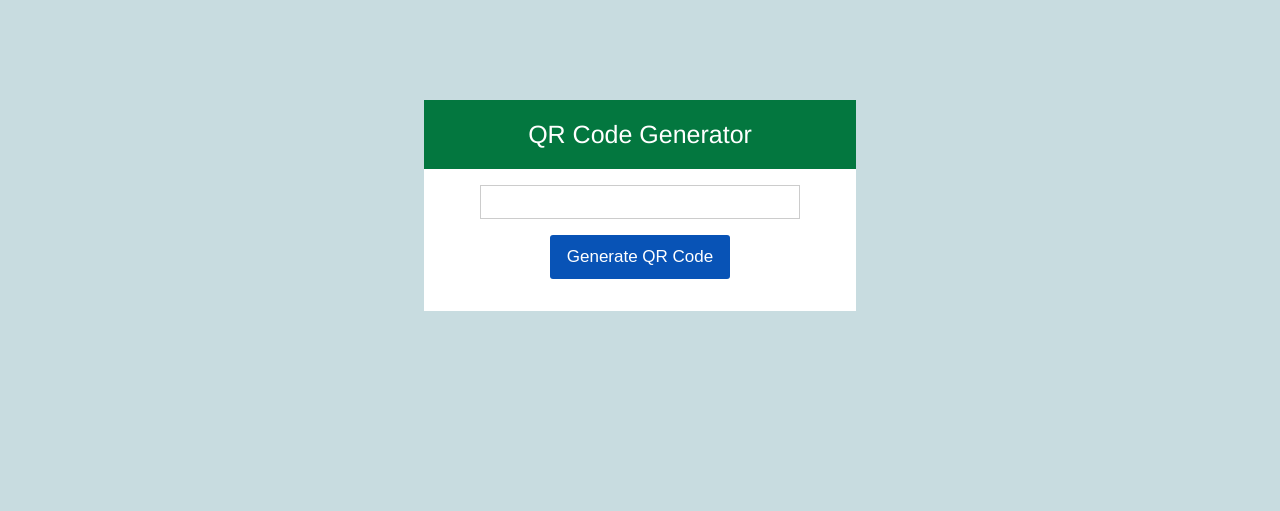
Repository: Tobby004/QR-Generator
Page: index.html
These files come from the project's save history. The page is drawn as it stood at one moment and after the next save; the edit follows.
The browser window is 1280 px wide. The pictures show the whole page.

Above is the page before, as saved 2023-08-23 16:12:48.

### index.html
<html lang="en">
<head>
    <meta charset="UTF-8">
    <meta http-equiv="X-UA-Compatible" content="IE=edge">
    <meta name="viewport" content="width=device-width, initial-scale=1.0">
    <title>QR Code Generator</title>
    <link rel="stylesheet" href="style.css">
</head>
<body>
    <script src="https://cdn.rawgit.com/davidshimjs/qrcodejs/gh-pages/qrcode.min.js"></script>

<div class="form">
  <h1>QR Code Generator</h1>
  <form>
    <input type="url" id="website" name="website" placeholder="" required />

    <div id="qrcode-container">
        <div id="qrcode" class="qrcode"></div>
    </div>

    <button type="button" onclick="generateQRCode()">Generate QR Code</button>
    <Script src="main.js"></Script>
</form>
</div>
</body>
</html>

### style.css
body{
    background: rgb(200, 220, 224);
}
        .form {
  font-family: Helvetica, sans-serif;
  max-width: 400px;
  margin: 100px auto;
  text-align: center;
  padding: 16px;
  background: #ffffff;
}
.form h1 {
  background: #03773f;
  padding: 20px 0;
  font-weight: 300;
  text-align: center;
  color: #fff;
  margin: -16px -16px 16px -16px;
  font-size:  25px;
}
.form input[type="text"],
.form input[type="url"] {
  box-sizing: border-box;
  width: 80%;
  background: #fff;
  margin-bottom: 4%;
  border: 1px solid #ccc;
  padding: 4%;
  font-size: 17px;
  color: rgb(9, 61, 125);
  height: 20px;
}
.form input[type="text"]:focus,
.form input[type="url"]:focus {
  box-shadow: 0 0 5px #5868bf;
  padding: 4%;
  border: 1px solid #5868bf;
}

.form button {
  box-sizing: border-box;
  -webkit-box-sizing: border-box;
  -moz-box-sizing: border-box;
  width: 180px;
  margin: 0 auto;
  padding: 3%;
  background: #0853b6;
  border: none;
  border-radius: 3px;
  font-size: 17px;
  border-top-style: none;
  border-right-style: none;
  border-left-style: none;
  color: #fff;
  cursor: pointer;
}
.form button:hover {
  background: rgba(88,104,191, 0.5);
}
#qrcode-container{
    display:none;
}

.qrcode{
  padding: 16px;
  margin-bottom: 30px;
}
.qrcode img{
  margin: 0 auto;
  box-shadow: 0 0 10px rgba(67, 67, 68, 0.25);
  padding: 4px;
}

### main.js
function generateQRCode() {
    let website = document.getElementById("website").value;
    if (website) {
      let qrcodeContainer = document.getElementById("qrcode");
      qrcodeContainer.innerHTML = "";
      new QRCode(qrcodeContainer, website);

      document.getElementById("qrcode-container").style.display = "block";
    } else {
      alert("Please enter a valid URL");
    }
  }

After the next save:
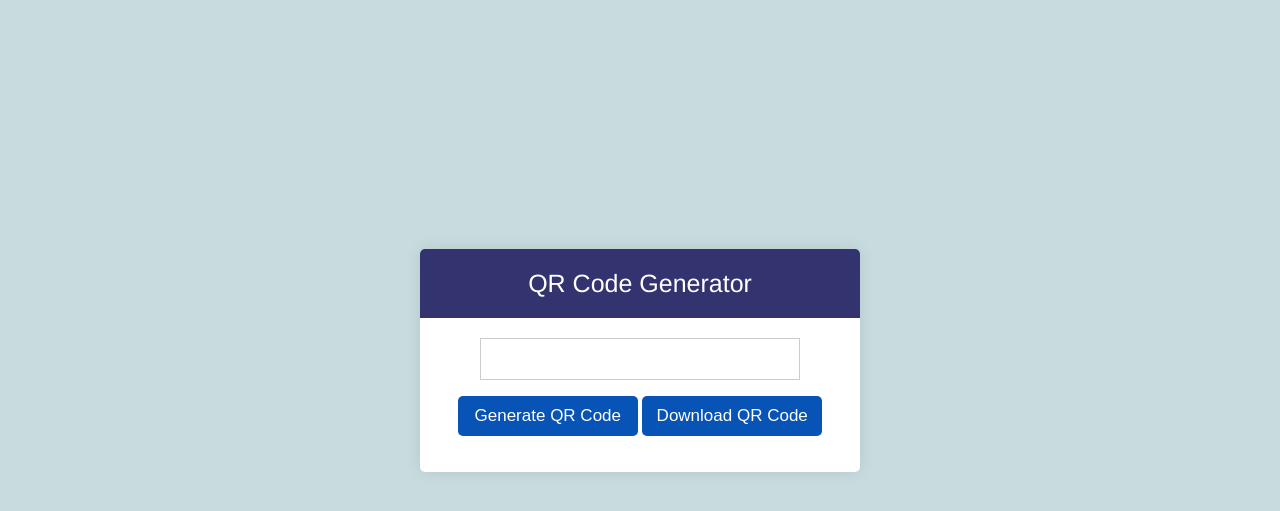
Saved 17 days later.
--- a/index.html
+++ b/index.html
@@ -19,6 +19,7 @@
     </div>
 
     <button type="button" onclick="generateQRCode()">Generate QR Code</button>
+    <button type="button" onclick="downloadQRCode()">Download QR Code</button>
     <Script src="main.js"></Script>
 </form>
 </div>
--- a/style.css
+++ b/style.css
@@ -1,72 +1,85 @@
-body{
-    background: rgb(200, 220, 224);
+body {
+  background: rgb(200, 220, 224);
+  font-family: Helvetica, sans-serif;
+  margin: 0;
+  padding: 0;
+  display: flex;
+  justify-content: center;
+  align-items: center;
+  height: 100vh;
 }
-        .form {
-  font-family: Helvetica, sans-serif;
+
+.form {
   max-width: 400px;
-  margin: 100px auto;
+  margin: 0 auto;
   text-align: center;
-  padding: 16px;
+  padding: 20px;
   background: #ffffff;
+  border-radius: 5px;
+  box-shadow: 0 0 15px rgba(0, 0, 0, 0.1);
 }
+
 .form h1 {
-  background: #03773f;
+  background: rgb(51, 51, 111);
   padding: 20px 0;
   font-weight: 300;
   text-align: center;
   color: #fff;
-  margin: -16px -16px 16px -16px;
-  font-size:  25px;
+  margin: -20px -20px 20px -20px;
+  border-radius: 5px 5px 0 0;
+  font-size: 25px;
 }
+
 .form input[type="text"],
 .form input[type="url"] {
   box-sizing: border-box;
   width: 80%;
   background: #fff;
-  margin-bottom: 4%;
+  margin-bottom: 16px;
   border: 1px solid #ccc;
-  padding: 4%;
+  padding: 10px;
   font-size: 17px;
   color: rgb(9, 61, 125);
-  height: 20px;
+  transition: border-color 0.3s, box-shadow 0.3s;
 }
+
 .form input[type="text"]:focus,
 .form input[type="url"]:focus {
   box-shadow: 0 0 5px #5868bf;
-  padding: 4%;
-  border: 1px solid #5868bf;
+  border-color: #5868bf;
 }
 
 .form button {
   box-sizing: border-box;
-  -webkit-box-sizing: border-box;
-  -moz-box-sizing: border-box;
   width: 180px;
   margin: 0 auto;
-  padding: 3%;
+  padding: 10px;
   background: #0853b6;
   border: none;
-  border-radius: 3px;
+  border-radius: 5px;
   font-size: 17px;
-  border-top-style: none;
-  border-right-style: none;
-  border-left-style: none;
   color: #fff;
   cursor: pointer;
+  transition: background-color 0.3s;
 }
+
 .form button:hover {
   background: rgba(88,104,191, 0.5);
 }
-#qrcode-container{
-    display:none;
+
+#qrcode-container {
+  display: none;
+  margin-top: 20px;
 }
 
-.qrcode{
+.qrcode {
   padding: 16px;
   margin-bottom: 30px;
+  text-align: center;
 }
-.qrcode img{
+
+.qrcode img {
   margin: 0 auto;
   box-shadow: 0 0 10px rgba(67, 67, 68, 0.25);
-  padding: 4px;
+  border-radius: 5px;
 }
--- a/main.js
+++ b/main.js
@@ -1,12 +1,27 @@
 function generateQRCode() {
-    let website = document.getElementById("website").value;
-    if (website) {
+  let website = document.getElementById("website").value;
+  if (website) {
       let qrcodeContainer = document.getElementById("qrcode");
       qrcodeContainer.innerHTML = "";
       new QRCode(qrcodeContainer, website);
 
       document.getElementById("qrcode-container").style.display = "block";
-    } else {
+  } else {
       alert("Please enter a valid URL");
-    }
   }
+}
+
+function downloadQRCode() {
+  let qrcodeContainer = document.getElementById("qrcode");
+  let img = qrcodeContainer.getElementsByTagName('img')[0];
+  if (img) {
+      let link = document.createElement('a');
+      link.href = img.src;
+      link.download = 'QRCode.png';
+      document.body.appendChild(link);
+      link.click();
+      document.body.removeChild(link);
+  } else {
+      alert("Please generate a QR code first");
+  }
+}
